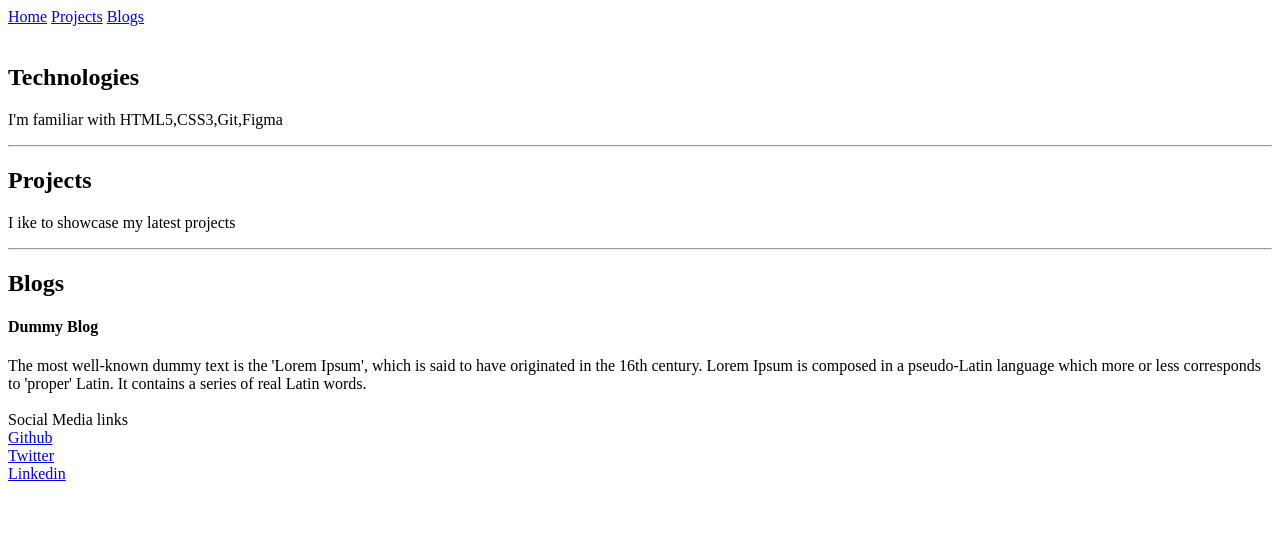
Repository: nihalani20/HTMLbyKG
Page: Projectlevel4/index.html
The author's editor kept a copy of each file at every save. The page is drawn from the files as they stood at one save, then again after a run of saves.
The browser window is 1280 px wide. The pictures show the whole page.

Above is the page before, as saved 2023-12-17 10:55:22.

After the next 8 saves:
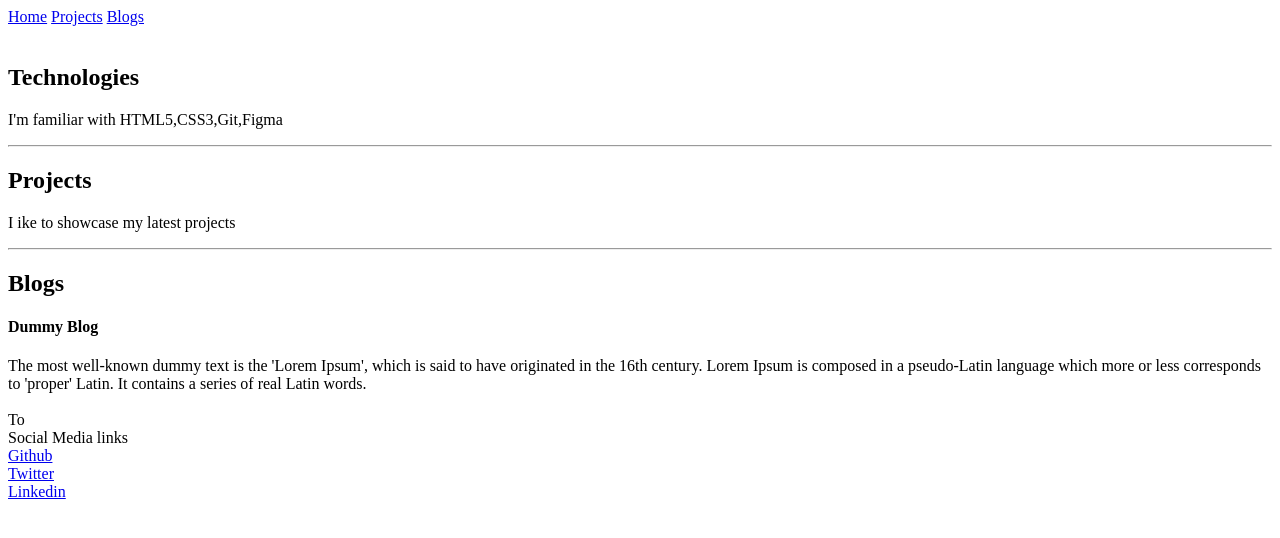
The 8 saves are shown as one change because they came seconds apart.
The last was saved 88 s later.
--- a/Projectlevel4/index.html
+++ b/Projectlevel4/index.html
@@ -31,6 +31,8 @@
   <article>The most well-known dummy text is the 'Lorem Ipsum', which is said to have originated in the 16th century. Lorem Ipsum
   is composed in a pseudo-Latin language which more or less corresponds to 'proper' Latin. It contains a series of real
   Latin words.</article> <br>
+
+  <aside>To</aside>
 </section>
   </main>
   <footer>
